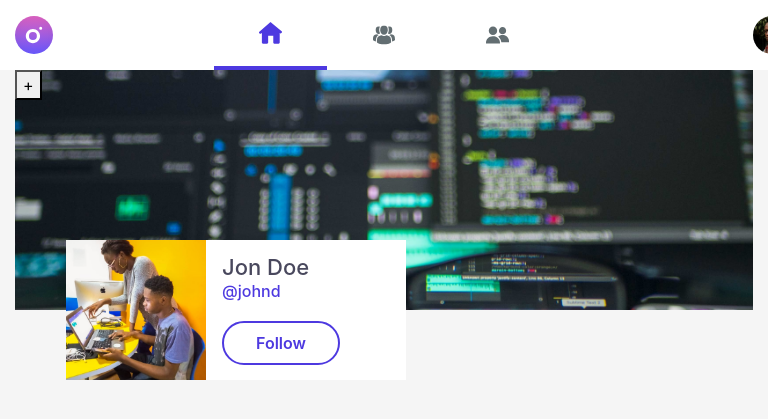
Repository: Flovet-stack/memic
Page: admin-profile.html
The author's editor kept a copy of each file at every save. The page is drawn from the files as they stood at one save, then again after the next save.
The browser window is 768 px wide. The pictures show the whole page.
Some web fonts or font styles are not loaded; a fallback is used.

Above is the page before, as saved 2020-10-27 23:28:25.
Console error: TypeError: Cannot read properties of undefined (reading 'fn')

### admin-profile.html
<!DOCTYPE html>
<html lang="en">
<head>
    <meta charset="UTF-8">
    <meta name="viewport" content="width=device-width, initial-scale=1.0">
    <link rel="icon" type="image/png" sizes="32x32" href="assets/images/faceit.svg">
    <!-- custom styles -->
    <link rel="stylesheet" href="css/home.css">
    <link rel="stylesheet" href="css/admin-profile.css">

    <!-- custom fonts -->
    <link rel="stylesheet" href="/usr/share/fonts/opentype/malayalam/Manjari-Regular.otf">

    <!-- bootstrap css styles -->
    <link rel="stylesheet" href="dist/css/bootstrap.min.css">
    <title>memes | Home</title>
</head>
<body>
    <!-- start of the home page design template -->

    <!-- start of the head section of the page -->
    <div class="home-head container-fluid">
        <div class="row">
            <div class="home-head-sec-1">
                <div class="logo"><img src="assets/images/faceit.svg" alt=""></div>
                <form>
                    <input data-toggle="tooltip" title="search" type="text" name="" id="" placeholder="search">
                </form>
            </div>
            <div class="home-head-sec-2">
                <a data-toggle="tooltip" title="Home" class="active" href="#">
                    <img class="primary-icon" src="assets/icons/house.svg" alt="">
                    <img class="secondary-icon" src="assets/icons/house-primary.svg" alt="">
                </a>
                <a data-toggle="tooltip" title="Groups" href="#">
                    <img class="primary-icon" src="assets/icons/user-group.svg" alt="">
                    <img class="secondary-icon" src="assets/icons/user-group-primary.svg" alt="">
                </a>
                <a data-toggle="tooltip" title="Friends" href="#">
                    <img class="primary-icon" src="assets/icons/friends.svg" alt="">
                    <img class="secondary-icon" src="assets/icons/friends-primary.svg" alt="">
                </a>
            </div>
            <div class="home-head-sec-3">
                <div class="user-menu">
                    <img src="assets/images/avatar.jpg" alt="">
                </div>
            </div>
        </div>
    </div>
    <!-- end of the head section of the page -->
    <!-- start of the body section of the page -->
    <div class="home-body container-fluid">
        <div class="row">
            <div class="home-center">
                <div class="container-fluid">
                    <div class="profile-card">
                        <div class="profile-cover" style="background: url(assets/images/kevin-ku-w7ZyuGYNpRQ-unsplash.jpg);">
                            <div class="profile-info">
                                <div class="profile-info-pic"><img src="assets/images/Pic.jpg" alt=""></div>
                                <div class="profile-info-details">
                                    <h3>Jon Doe</h3>
                                    <h5>@johnd</h5>
                                    <button class="follow-btn">Follow</button>
                                </div>
                            </div>
                            <button class="change-cover-photo">+</button>
                        </div>
                    </div>
                </div>
            </div>
        </div>
    </div>
    <!-- end of the head section of the page -->

    <!-- end of the home page design template -->

    <script src="dist/js/bootstrap.min.js"></script>
    <script src="https://code.jquery.com/jquery-3.5.1.slim.min.js"
        integrity="sha384-DfXdz2htPH0lsSSs5nCTpuj/zy4C+OGpamoFVy38MVBnE+IbbVYUew+OrCXaRkfj"
        crossorigin="anonymous"></script>
</body>
</html>

### css/home.css
@import 'main-styles.css';
@import 'user-card.css';
@import 'post-card.css';

.home-head {
    width: 100vw;
    height: 70px;
    /* background-color: var(--white-shade-1); */
    background-color: var(--white) !important;
    /* border-bottom: var(--border); */
    padding: var(--padding-1) var(--padding-3);
    position: fixed;
    z-index: 9;
}
.home-head .row {
    text-align: center;
    justify-content: space-between;
}
.home-head-sec-1 {
    width: calc((100vw - 740px) / 2);
    height: calc(70px - (var(--padding-1) * 2));
    display: flex;
}
.home-head-sec-1 .logo {
    height: 100%;
    width: auto;
    display: grid;
    align-items: center;
    justify-content: center;
}
.home-head-sec-1 .logo img {
    height: calc(70px - (var(--padding-1) * 2));
    width: calc(70px - (var(--padding-1) * 2));
}
.home-head-sec-1 form {
    height: 100%;
    width: auto;
    display: grid;
    align-items: center;
    margin-left: var(--padding-2);
}
.home-head-sec-1 form input {
    height: 70%;
    width: auto;
    display: grid;
    justify-content: center;
    outline: none;
    padding: 0 var(--padding-1);
    border: 2px solid var(--secondary-overlay);
    border-radius: var(--border-radius);
    transition-duration: var(--duration);
}
.home-head-sec-1 form input:focus {
    border: 3px solid var(--secondary-overlay);
    transition-duration: var(--duration);
    height: 85%;
}
.home-head-sec-2 {
    height: calc(70px - (var(--padding-1) * 2));
    max-width: 740px;
    width: 740px;
    display: flex;
    align-items: center;
    justify-content: center;
}
.home-head-sec-2 a {
    width: 130px;
    height: 100%;
    display: flex;
    align-items: center;
    justify-content: center;
    outline: none;
    border-radius: var(--border-radius);
    transition-duration: var(--duration);
}
.home-head-sec-2 a:hover {
    background-color: var(--white-shade-1);
    transition-duration: var(--duration);
}
.home-head-sec-2 a img{
    width: 20%;
}
.home-head-sec-3 {
    text-align: right;
    display: grid;
    align-content: center;
    /* background-color: red; */
    width: calc((100vw - 740px) / 2.5);
    height: calc(70px - (var(--padding-1) * 2));
}
.secondary-icon{
    display: none;
}
.home-head-sec-2 a.active {
    height: 70px !important;
    border-radius: 0 !important;
    background-color: transparent;
    border-bottom: 4px solid var(--secondary-color);
}
.home-head-sec-2 .active:hover {
    background-color: transparent !important;
}
.active .secondary-icon {
    display: block;
}
.active .primary-icon {
    display: none;
}
.home-head-sec-3 .user-menu img {
    width: calc(70px - (var(--padding-2) * 2));
    height: calc(70px - (var(--padding-2) * 2));
    border-radius: var(--circular-radius);
}
/* @media (min-width: 768px) {
  .container {
    max-width: 720px;
  }
}

@media (min-width: 992px) {
  .container {
    max-width: 960px;
  }
}

@media (min-width: 1200px) {
  .container {
    max-width: 1140px;
  }
} */

/* start of the home body section */
.home-body {
    width: 100vw;
    /* height: calc(100vh - 70px); */
}
.home-left {
    width: 20vw;
    height: calc(100vh - 70px);
    padding: var(--padding-2);
    position: fixed;
    top: 70px;
    left: 0;
    background-color: var(--white);
}
.home-center {
    /* border-top: var(--border); */
    position: absolute;
    left: 20vw;
    top: 70px;
    width: 60vw;
    height: auto;
    box-sizing: border-box !important;
}
.home-center-sub {
    margin: var(--padding-2) auto;
    width: 75% !important;
    min-width: 430px;
}
.home-right {
    width: 20vw;
    height: calc(100vh - 70px);
    background-color: var(--white);
    position: fixed;
    top: 70px;
    right: 0;
    padding: var(--padding-2);
}
/* end of the home body section */
/* start of the home left section */
.home-left .user-card {
    width: 100%;
}
.home-left .user-card:hover {
    background-color: var(--transparent-overlay);
}
.home-left .user-card .card-time {
    display: none;
}
#home-left-nav-1 {
    width: 100%;
    height: auto;
    margin-top: var(--padding-3) !important;
    padding: 0;
}
.home-left ul {
    width: 100%;
    height: auto;
}
.home-left .nav-item {
    list-style-type: none;
    width: 100%;
    height: auto;
}
.home-left .nav-link {
    width: 100%;
    height: auto;
    font-size: var(--font-size-2);
    border-radius: var(--border-radius);
    background-color: transparent;
    color: var(--text-color);
    font-weight: 500;
    display: flex;
    transition: var(--duration);
}
.home-left .nav-link:hover {
    background-color: var(--transparent-overlay);
    transition: var(--duration);
}
.home-left .nav-link .nav-link-icon {
    width: 15%;
    display: flex;
    justify-content: right;
    align-items: center;
}
.home-left .nav-link .nav-link-detail {
    width: 80% !important;
    /* background-color: rgba(172, 255, 47, 0.596); */
    display: grid;
    align-items: center;
}
.nav-link-detail-text {
    font-size: var(--font-size-2);
    line-height: 18px;
}
.nav-link-detail-info {
    font-size: calc(var(--font-size-1) - 2px);
    line-height: 15px;
    color: var(--secondary-color);
}
.nav-link-icon img {
    width: 40px;
    height: 40px;
}
.home-left hr {
    width: 100%;
    border: none;
    height: 3px;
    background-color: var(--white-shade-2);
}
#home-left-nav-2 h6 {
    color: var(--text-color);
    font-weight: 600;
}
#home-left-footer {
    width: 100%;
    height: au;
    position: absolute;
    top: 100%;
    transform: translateY(-100%);
}
#home-left-footer ul {
    width: 100%;
    height: auto;
    padding: 0 !important;
    padding: 0 5px;
}
#home-left-footer li {
    display: inline-block;
    list-style-type: none;
    color: var(--border-color);
}
#home-left-footer li::after {
    content: '.';
    position: absolute;
    bottom: 50%;
    padding-left: 5px;
}
#home-left-footer li:last-child::after {
    content: '';
}
#home-left-footer a {
    color: var(--dark-overlay);
    font-size: calc(var(--font-size-1) - 3px);
}
#home-left-footer a:hover {
    color: var(--dark-overlay)
}
/* end of the home left section */
/* Start of the status section */
.home-center-top {
    width: 59.2vw;
    height: 3px;
    background-color: var(--white-shade-2);
    position: fixed;
    margin: 0 !important;
    z-index: 9;
    /* padding-top: var(--padding-2); */
}
.status-section {
    width: auto;
    height: 250px;
    display: flex;
    margin-bottom: var(--padding-2);
    transition-duration: var(--duration);
    padding: 0 !important;
}
.status-section:hover {
    transition-duration: var(--duration);
}
.status {
    width: 160px;
    height: 100%;
    border-radius: var(--border-radius);
    background-color: var(--white-shade-2);
    margin-right: var(--padding-1);
    background-repeat: no-repeat !important;
    background-position: center !important;
    background-size: cover !important;
    transition-duration: var(--duration);
}
.status:hover {
    position: relative;
    transform: scale(1.03);
    z-index: 2;
    transition-duration: var(--duration);
}
.status:hover .status-sub {
    background-color: var(--secondary-overlay);
    transition-duration: var(--duration);
}
.status-sub {
    padding-top: var(--padding-2);
    width: 100%;
    height: 100%;
    border-radius: var(--border-radius);
    background: linear-gradient( 130deg, var(--dark-overlay), transparent);
    transition-duration: var(--duration);
}
.status-sub .user-card {
    margin: 0 auto;
    transform: scale(.9);
}
.status-sub .user-card-pic {
    border: 3px solid var(--secondary-color);
}
.status-sub .username,
.status-sub .card-time {
    color: var(--white);
}
/* end of the status section */
/* Start of the right sidebar section */
.home-right .event-section {
    width: 100%;
    height: auto;
}
.right-sidebar-event {
    width: 100%;
    height: auto;
    background-color: transparent;
    display: flex;
    /* transform: scale(.97); */
    border-radius: calc(var(--border-radius));
    transition-duration: var(--duration);
    text-decoration: none;
}
.right-sidebar-event:hover {
    background-color: var(--white-shade-1);
    transition-duration: var(--duration);
    text-decoration: none;
}
.right-sidebar-event-img {
    width: 35%;
    height: auto;
    transform: scale(.9);
}
.right-sidebar-event-img img {
    width: 100%;
    border-radius: calc(var(--border-radius));
}
.right-sidebar-event-details {
    width: 65%;
    display: grid;
    align-content: center;
    padding-left: var(--padding-1);
    color: var(--text-color)
}
.right-sidebar-event-details h5 {
    font-size: var(--font-size-2);
    line-height: .5;
    font-weight: 600;
}
.right-sidebar-event-details h6 {
    font-size: var(--font-size-1);
}
.home-right hr {
    width: 100%;
    border: none;
    height: 3px;
    background-color: var(--white-shade-2);
}
.home-right-notification {
    width: 100%;
    height: auto;
}
.home-right-notification h6 {
    margin-top: var(--padding-2);
    color: var(--text-color);
}
.notification-reply {
    margin-top: var(--padding-1);
    width: 100%;
    height: auto;
    display: flex;
    justify-content: space-between;
}
.notification-reply button {
    width: 49%;
    height: 40px;
    border-radius: var(--border-radius);
    border: none;
    color: var(--text-color);
    transition-duration: var(--duration);
    font-weight: 600;
    outline: none !important;
}
.notification-reply button:hover {
    background-color: var(--white-shade-1);
    transition-duration: var(--duration);
}
.notification-reply button.confirm-request {
    background-color: var(--secondary-color);
    color: var(--white);
    transition-duration: var(--duration);
}
.notification-reply button.confirm-request:hover {
    background-color: var(--secondary-overlay);
    transition-duration: var(--duration);
    color: var(--text-color);
}
/* end of the right sidebar section */

@media (max-width: 768px) {
    .home-head-sec-2 {
        margin: 0 auto;
        width: 340px;
    }
    .home-head-sec-1 form {
        display: none;
    }
    .home-head-sec-1 ,
    .home-head-sec-3 {
        width: 0px;
        /* display: none; */
        background-color: red !important;
    }
    .home-head-sec-1 .logo img {
        height: calc(70px - (var(--padding-2) * 2));
        width: calc(70px - (var(--padding-2) * 2));
    }
    .status-section {
        display: none;
    }
    .home-center {
        width: 100vw;
        position: absolute;
        left: 0;
    }
    .post-card {
        width: 100%;
        margin: var(--padding-2) auto;
    }
    .home-right,
    .home-left {
        display: none;
        width: 0px;
    }
}

@media (min-width: 992px) {
    /* .post-card {
        width: 960px;
    } */
}

@media (min-width: 1200px) {
}

### css/admin-profile.css
.profile-card {
    width: 100%;
    height: auto;
    background-color: red;
}
.profile-cover {
    width: 100%;
    height: 30vh;
    background-color: blue;
    background-size: 100% !important;
    background-position: center !important;
}
.profile-info {
    width: 340px;
    height: 140px;
    background-color: var(--white);
    position: absolute;
    top: 100%;
    transform: translate(15%, -50%);
    display: flex;
    /* border-radius: 70px; */
    /* border-top-right-radius: 70px;
    border-bottom-right-radius: 70px; */
}
.profile-info-pic {
    width: 140px;
    height: 140px;
    background-color: var(--secondary-color);
}
.profile-info-pic img {
    width: 100%;
    height: 100%;
    /* border-top-right-radius: var(--circular-radius);
    border-bottom-right-radius: var(--circular-radius); */
}
.profile-info-details {
    padding: var(--padding-2);
}
.profile-info-details h3 {
    color:var(--text-color);
    font-size: var(--font-size-4);
    line-height: 1;
}
.profile-info-details h5 {
    color:var(--secondary-color);
    font-size: var(--font-size-1);
    line-height: .7;
}
.profile-info-details .follow-btn {
    margin-top: var(--padding-2);
}

### css/main-styles.css
:root {
    /* color palette */
    --white: #fff;
    /* --white: #1e272e !important; */
    --white-shade-0: rgb(253, 253, 253);
    --white-shade-1: #f0f8ff;
    --white-shade-2: #ececec79;
    --white-shade-3: #d0d0d0;
    --border-color: #b2bec3;
    --primary-color: #636E72;
    /* --secondary-color: #6c5ce7; */
    --secondary-color: #4d39e0;
    --secondary-overlay: #4d39e046;
    /* --secondary-overlay: #6c5ce746; */
    --red: #d63031;
    /* --red: #970f3c; */
    --dark-overlay: rgba(10, 2, 19, 0.479);
    --transparent-overlay: #ebf6ff;
    --transparent-overlay-2: #d0d0d059;

    /* text-editing */
    --font-size-1: 16px;
    --font-size-2: 18px;
    --font-size-3: 20px;
    --font-size-4: 22px;
    --normal: 400;
    --light: 200;
    --thick: 600;
    --font-family: Manjari;
    --text-color: rgb(73, 72, 93);
    /* --text-color: #fff; */

    /* box-styling */
    --padding-1: .5rem;
    --padding-2: 1rem;
    --padding-3: 2rem;
    --border-radius: 50px;
    --circular-radius: 50%;
    --border: 2px solid var(--white-shade-2);

    /* animations */
    --duration: .5s;
}

body {
    box-sizing: border-box;
    font-family: var(--font-family);
    overflow-x: hidden;
    background-color: var(--white-shade-2) !important;
}
.row {
    margin-right: 0 !important;
    margin-left: 0 !important;
}
a {
    outline: none !important;
}
.follow-btn {
    border: 2px solid var(--secondary-color);
    background: var(--whi);
    padding: var(--padding-1) var(--padding-3);
    border-radius: var(--border-radius);
    color: var(--secondary-color);
    transition-duration: var(--duration);
    font-weight: 600;
}
.follow-btn:hover {
    background-color: var(--secondary-color);
    color: var(--white);
    transition-duration: var(--duration);
}

### css/user-card.css
/* start of the user card styling */
.user-card {
    width: 150px;
    height: 50px;
    display: flex;
    color: var(--white);
    text-decoration: none;
    border-radius: var(--border-radius);
    transition-duration: var(--duration);
}
.user-card:hover {
    text-decoration: none;
    background-color: var(--transparent-overlay-2);
    transition-duration: var(--duration);
}
.user-card-pic {
    width: 50px;
    height: 50px;
    border-radius: var(--circular-radius);
    background-repeat: no-repeat !important;
    background-position: center !important;
    background-size: cover !important;
}
.user-card-detail {
    width: auto;
    height: 50px;
    padding-left: var(--padding-1);
    color: var(--text-color);
    display: grid;
    align-content: center;
}
.username {
    font-size: var(--font-size-2);
    font-weight: 600;
}
.card-time {
    font-size: var(--font-size-1);
    color: var(--secondary-color);
}
/* end of the user card styling */

### css/post-card.css
.post-card {
    width: 80%;
    margin: var(--padding-2) auto;
    background-color: var(--white);
    border-radius: var(--border-radius);
    padding: var(--padding-2) 0;
    /* background-color: var(--transparent-overlay); */
    background-color: var(--white);
    border: var(--border);
}
.post-card .user-card {
    margin-left: var(--padding-2);
}
/* .post-card .user-card:hover {
    background-color: var(--secondary-overlay);
} */
.post-card img {
    width: 100%;
}
.post-img {
    transform: scale(.97);
    border-radius: var(--border-radius) !important;
    background-color: var(--transparent-overlay);
}
.post-card-footer {
    margin-top: var(--padding-1);
    padding: 0 var(--padding-2);
    width: 100%;
    display: flex;
    height: auto;
}
.react,
.actions {
    width: 50%;
    height: 50px;
    display: grid;
    align-items: center;
}
.react-sub,
.actions-sub {
    width: 100%;
    height: 100%;
    display: flex;
    text-align: left;
}
.actions-sub {
    flex-direction: row-reverse;
}
.actions-sub a {
    flex-direction: row-reverse;
    margin-right: 0 !important;
    margin-left: var(--padding-1) !important;
}
.react-sub a,
.actions-sub a {
    width: 50px;
    height: 50px;
    background-color: transparent;
    margin-right: var(--padding-1);
    display: flex;
    align-items: center;
    justify-content: center;
    border-radius: var(--circular-radius);
}
.react-sub a img,
.actions-sub a img {
    width: 60%;
    height: auto;
    padding: 0 !important;
    transition-duration: var(--duration);
    border-radius: none !important;
}
.react-sub a:hover,
.actions-sub a:hover {
    background-color: var(--secondary-overlay);
    transition-duration: var(--duration);
}
.react-sub .dislike img{
    transform: rotatez(180deg) !important;
}
.share-options {
    height: auto;
    /* width: 0px; */
    width: calc((30px * 4) + ((var(--padding-1) * 2) * 6));
    background-color: var(--white);
    border-radius: var(--border-radius);
    padding:  var(--padding-1);
    /* box-shadow: 4px 4px 10px 3px var(--white-shade-2); */
    position: absolute;
    /* left: 100px; */
    margin-top: -60px;
    /* margin-left: 200px; */
    transform: scale(.9);
    transition-duration: 1s;
}
.share-options ul {
    width: auto;
    padding: 0 !important;
    margin: 0 !important;
}
.share-options li {
    width: auto;
    display: inline-block;
}
.share-options a{
    padding: var(--padding-1);
    /* background-color: red; */
}
.share-options a:hover {
    background-color: transparent;
}
.share-options a img{
    width: 30px;
    height: 30px;
    padding: .2rem !important;
    transition-duration: var(--duration);
}
.share-options a img:hover {
    transform: scale(1.3);
    transition-duration: var(--duration);
}
.share-icon {
    transition-duration: 1s
}
.share-icon:hover ~ .share-options {
    transition-duration: 1s;
    transform: scale(1);
}

.comment-section {
    width: 100%;
    padding: 0 var(--padding-2);
}
.comment-section h4 {
    font-size: var(--font-size-1);
    color: var(--text-color);
    font-weight: 600;
    margin-bottom: var(--padding-2);
}
.comment-form {
    display: flex;
    justify-content: space-between;
    margin-bottom: var(--padding-3);
}
.comment-form img {
    width: 50px;
    height: 50px;
    padding: 0 !important;
    border-radius: var(--circular-radius);
    margin-right: var(--padding-2);
}
.comment-form textarea {
    width: 75%;
    height: 50px;
    outline: none;
    font-size: var(--font-size-2);
    color: var(--text-color);
    padding: var(--padding-1) var(--padding-2);
    border: 1px solid var(--white);
    border-radius: var(--border-radius);
    transition-duration: var(--duration);
    margin-right: var(--padding-1);
    background-color: var(--white-shade-2);
}
.comment-form textarea:hover {
    border: 1px solid var(--secondary-overlay);
    transition-duration: var(--duration);
}
.comment-form textarea:focus {
    border: 1px solid var(--secondary-overlay);
    background-color: var(--white);
    transition-duration: var(--duration);
}
.comment-form button {
    outline: none !important;
    background-color: var(--secondary-overlay);
    border: none;
    border-radius: var(--circular-radius);
    color: var(--white);
    transition-duration: var(--duration);
}
.comment-form button:hover {
    outline: none;
    background-color: var(--secondary-color);
    transition-duration: var(--duration);
}
.comment {
    width: 95%;
    margin: 0 auto;
    height: auto;
    /* border-bottom: var(--border); */
}
.comment .user-card {
    margin: 0 !important;
}
.comment .user-card-pic {
    width: 30px;
    height: 30px;
    margin-top: 10px;
}
.comment .username {
    font-size: var(--font-size-1);
    line-height: .5;
}
.comment .card-time {
    font-size: calc(var(--font-size-1) - 2px) !important;
    /* line-height: .5; */
}
.comment .comment-content p {
    width: auto;
    height: auto;
    color: var(--text-color);
    margin: 0 calc(var(--padding-1) * 7);
    background-color: var(--white-shade-1);
    padding: var(--padding-1) var(--padding-3);
    border-radius: var(--border-radius);

    /* line-height: 5px; */
}
.comment .comment-like {
    height: 20px;
    font-size: calc(var(--font-size-1) - 2px);
    padding: 0 var(--padding-1);
    border-radius: var(--border-radius);
    position: relative;
    border: none;
    outline: none;
    /* bottom: 100%; */
    left: calc(100% - ((var(--padding-1) * 7) + 1.5rem));
    background-color: var(--secondary-color);
    color: var(--white);
    transition-duration: var(--duration);
    transform: translateY(-125%);
    display: flex;
    align-items: center;
    justify-content: center;
}
.comment .comment-like:hover {
    padding: 0 calc(var(--padding-1) + .1rem);
    transition-duration: var(--duration);
    background-color: var(--secondary-overlay);
}
.comment .comment-like img {
    width: 15px;
    height: 15px;
    margin-left: .3rem;
    transform: translateY(-1.5px);
}

/* @media (min-width: 768px) {
}

@media (min-width: 992px) {
}

@media (min-width: 1200px) {
} */

Loaded but not shown: dist/css/bootstrap.min.css (library); dist/js/bootstrap.min.js (library)

After the next save:
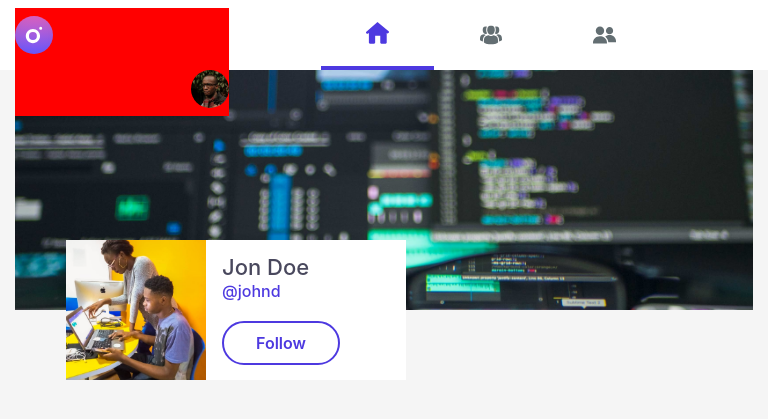
Saved 27 s later.
--- a/css/home.css
+++ b/css/home.css
@@ -440,7 +440,7 @@
     }
     .home-head-sec-1 ,
     .home-head-sec-3 {
-        width: 0px;
+        width: calc((100vw - 340px) / 2);
         /* display: none; */
         background-color: red !important;
     }
